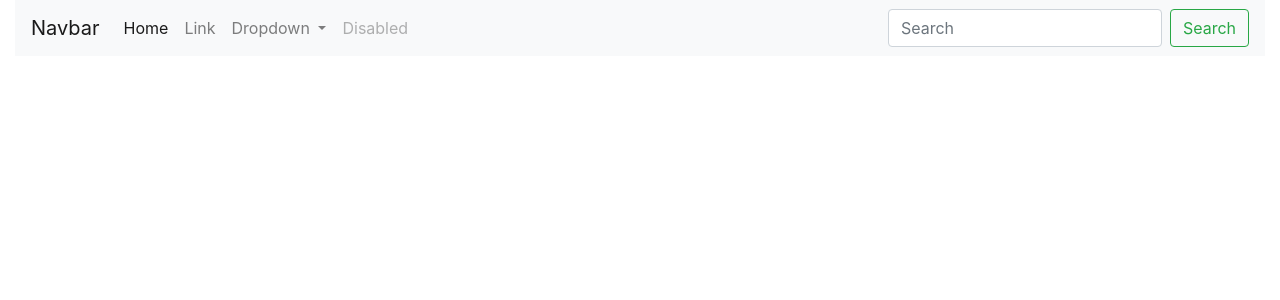
Repository: syawal2kalii/oop-php
Page: http://localhost/simple-login-register/view/admin.php
These files come from the project's save history. The page is drawn as it stood at one moment and after the next save; the edit follows.
The browser window is 1280 px wide. The pictures show the whole page.
The page is run by PHP 8.4 with error messages shown; the project is at /var/www/html/.

Above is the page before, as saved 2020-03-09 15:09:24.

After the next save:
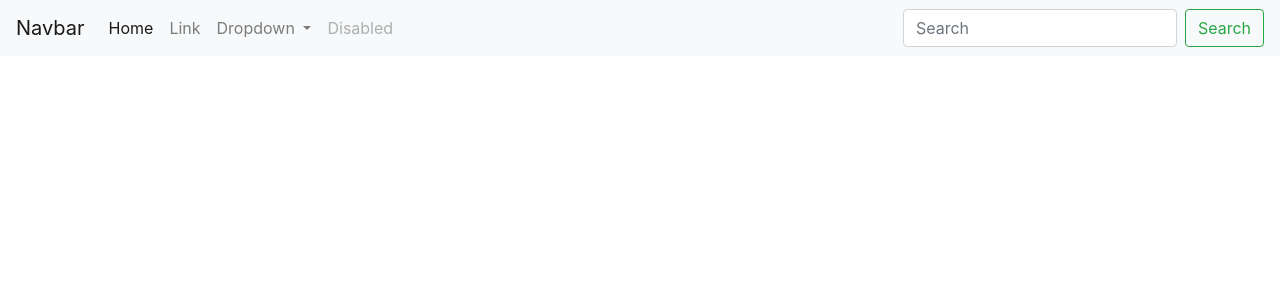
Saved 11 min 42 s later.
--- a/view/admin.php
+++ b/view/admin.php
@@ -10,7 +10,8 @@
     <link rel="stylesheet" href="https://stackpath.bootstrapcdn.com/bootstrap/4.4.1/css/bootstrap.min.css" integrity="sha384-Vkoo8x4CGsO3+Hhxv8T/Q5PaXtkKtu6ug5TOeNV6gBiFeWPGFN9MuhOf23Q9Ifjh" crossorigin="anonymous">
 </head>
 <body>
-    <div class="container-fluid" style="">
+    <div class="container-fluid" style="  padding-right:0px;
+    padding-left:0px;">
     <nav class="navbar navbar-expand-lg navbar-light bg-light">
   <a class="navbar-brand" href="#">Navbar</a>
   <button class="navbar-toggler" type="button" data-toggle="collapse" data-target="#navbarSupportedContent" aria-controls="navbarSupportedContent" aria-expanded="false" aria-label="Toggle navigation">
